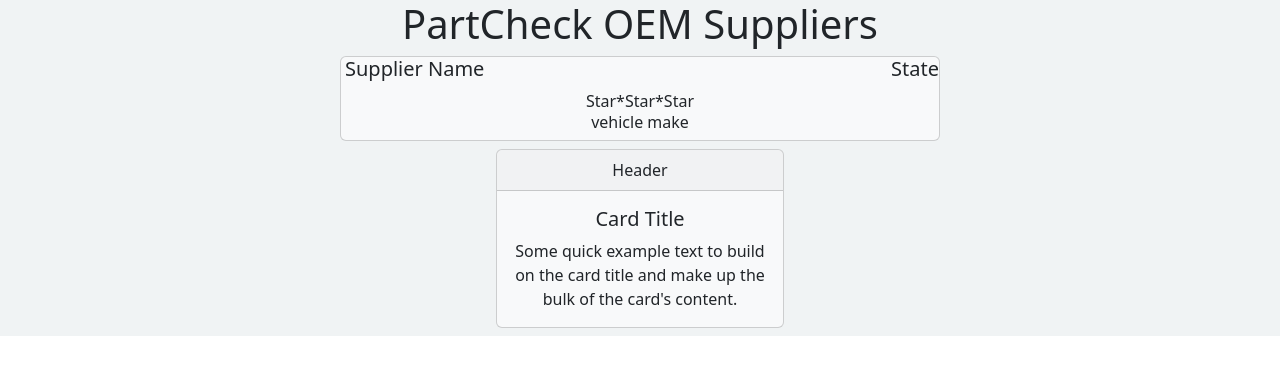
Repository: trungna4699/coding_challenge
Page: /
An editor plug-in stored every save of this project. The page is shown before and after the next save, followed by the edit.
The browser window is 1280 px wide. The pictures show the whole page.
The project was rebuilt for these pictures with package versions that can differ from the ones it lists, and the page was loaded fresh each time.

Above is the page before, as saved 2022-09-01 16:34:24.

After the next save:
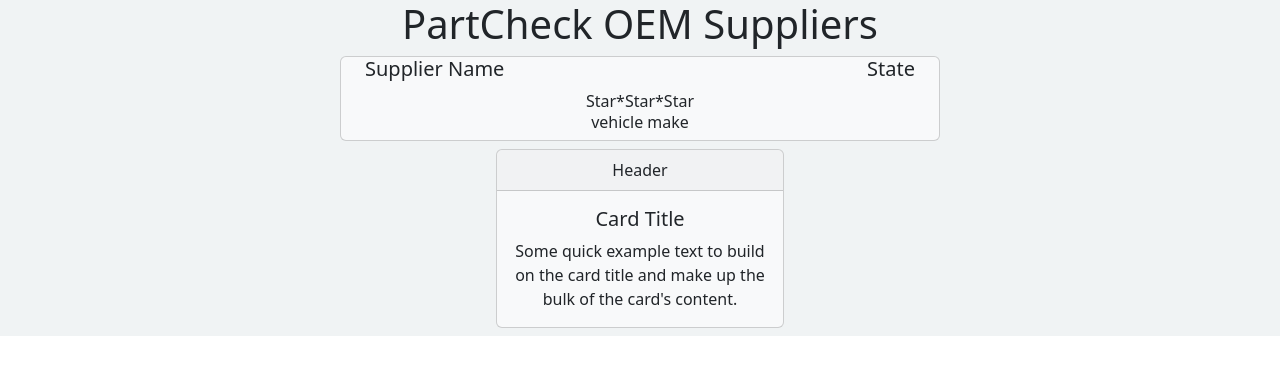
Saved 12 s later.
--- a/src/App.js
+++ b/src/App.js
@@ -20,8 +20,8 @@ function App() {
         >
           <div className="supplierItems">
             <div className='supplierInfo'>
-              <h5 className='ms-1'>Supplier Name</h5>
-              <h5>State</h5>
+              <h5 className='ms-4'>Supplier Name</h5>
+              <h5 className='me-4'>State</h5>
             </div>
 
             <div className="ratingStar">
